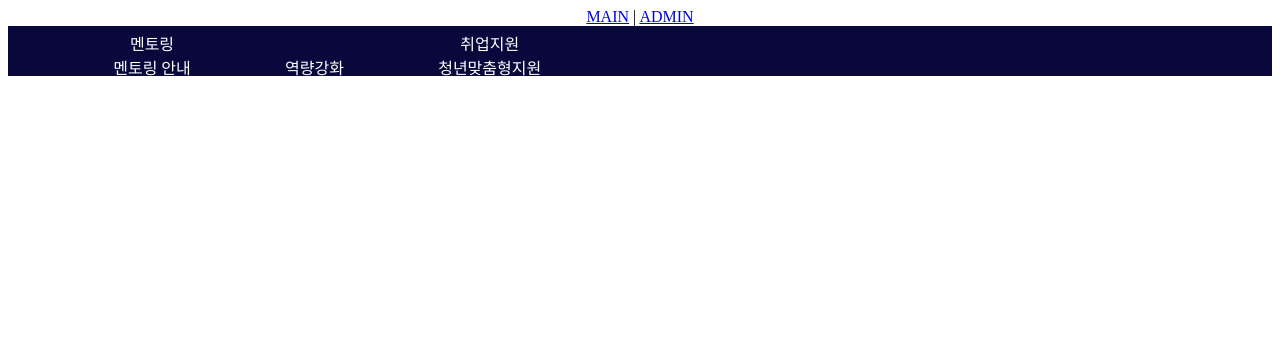
Repository: nywogud/promoPoli
Page: http://localhost/poli/WEB-INF/views/home.jsp
The author's editor kept a copy of each file at every save. The page is drawn from the files as they stood at one save, then again after the next save.
The browser window is 1280 px wide. The pictures show the whole page.
The page is served by Tomcat 9. Nobody is signed in. Other server files are loaded and not shown. The template is opened directly, without the code that normally fills it, so the values that code supplies are empty.

Above is the page before, as saved 2021-06-29 11:49:03.

### workspace/poli/src/main/webapp/WEB-INF/views/home.jsp
<%@ page language="java" contentType="text/html; charset=UTF-8" pageEncoding="UTF-8"%>
<%@ taglib uri="http://java.sun.com/jsp/jstl/core" prefix="c" %>
<%@ page session="false" %>
<html>
<head>
	<title>main</title>
	<style>
		ul, ol, li{
			list-style: none;
			margin: 0;
			padding: 0;
		}

		ul.main{color: white; background: rgb(8,8,61); height: 50px;}
		ul.main > li {
			display: inline-block; width: auto; padding: 5px 10px;
			 text-align: center;
		}

		ul.main > li ul.sub {/*display: none;*/}



	</style>
</head>
<body>
	<div style="text-align: center;">
		<label><a href="/">MAIN</a></label>
		<label>|</label>
		<label><a href="#">ADMIN</a></label>
	</div>
	<div id="navHovBar">
		<ul class="main">
			<li class="main1">HOME</li>
			<li class="main2">
				멘토링
				<ul class="main2Sub sub">
					<li>멘토링 안내</li>
					<li>멘토 특강</li>
					<li>온라인 취업 멘토링</li>
					<li>오프라인 멘토링</li>
					<li>청년희망 멘토링</li>
				</ul>
			</li>
			<li class="main3">
				역량강화
				<ul class="main3Sub sub">
					<li>청년 일경험 지원</li>
					<li>청년주도형 학습매니저</li>
					<li>청년 학교</li>
					<li>청년 프로젝트 실험실</li>
				</ul>
			</li>
			<li class="main4">
				취업지원
				<ul class="main4Sub sub">
					<li>청년맞춤형지원</li>
					<li>청년학자금상환 플랫폼</li>
					<li>청년일자리제안</li>
					<li>청년공간 이용 안내</li>
					<li>일자리 한눈에 보기</li>
				</ul>
			</li>
			<li class="main5">
				재단소개
				<ul class="main5Sub sub">
					<li>설립취지</li>
					<li>사업소개</li>
					<li>가구조직</li>
				</ul>
			</li>
		</ul>
	</div>
</body>
</html>

After the next save:
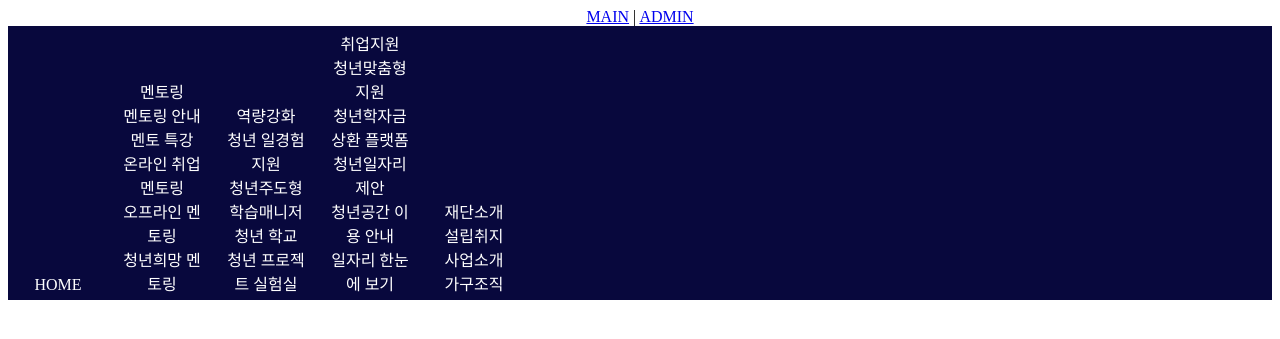
Saved 50 s later.
--- a/workspace/poli/src/main/webapp/WEB-INF/views/home.jsp
+++ b/workspace/poli/src/main/webapp/WEB-INF/views/home.jsp
@@ -11,9 +11,9 @@
 			padding: 0;
 		}
 
-		ul.main{color: white; background: rgb(8,8,61); height: 50px;}
+		ul.main{color: white; background: rgb(8,8,61);}
 		ul.main > li {
-			display: inline-block; width: auto; padding: 5px 10px;
+			display: inline-block; width: 80px; padding: 5px 10px;
 			 text-align: center;
 		}
 
